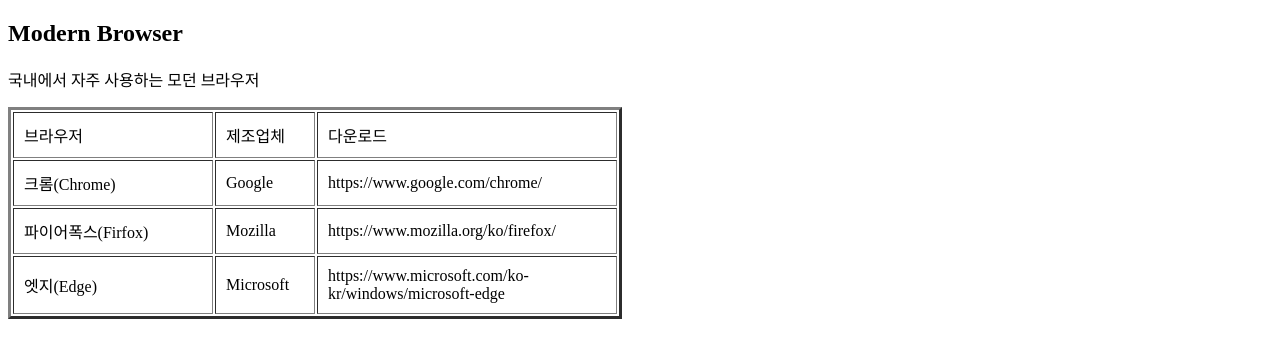
Repository: seulhwangbo/SeulJSP
Page: jspSrc17/webStandard01/src/main/webapp/02/table03.html
An editor plug-in stored every save of this project. The page is shown before and after the next save, followed by the edit.
The browser window is 1280 px wide. The pictures show the whole page.

Above is the page before, as saved 2024-06-13 06:22:50.

### jspSrc17/webStandard01/src/main/webapp/02/table03.html
<!DOCTYPE html>
<html>
<head>
<meta charset="UTF-8">
<style type="text/css">
td, th {
	padding: 10px;
}
</style>
<title>Insert title here</title>
</head>
<body>
	<h2>Modern Browser</h2>
	<p>국내에서 자주 사용하는 모던 브라우저</p>
	<table border = "3">
		<colgroup>
			<col style="width: 200px;">
			<col style="width: 100px;">
			<col style="width: 300px;">
		</colgroup>
		<tr>
			<td>브라우저</td>
			<td>제조업체</td>
			<td>다운로드</td>
		</tr>
		<tr>
			<td>크롬(Chrome)</td>
			<td>Google</td>
			<td>https://www.google.com/chrome/</td>
		</tr>
		<tr>
			<td>파이어폭스(Firfox)</td>
			<td>Mozilla</td>
			<td>https://www.mozilla.org/ko/firefox/</td>
		</tr>
		<tr>
			<td>엣지(Edge)</td>
			<td>Microsoft</td>
			<td>https://www.microsoft.com/ko-kr/windows/microsoft-edge</td>
		</tr>
	</table>
</body>
</html>

After the next save:
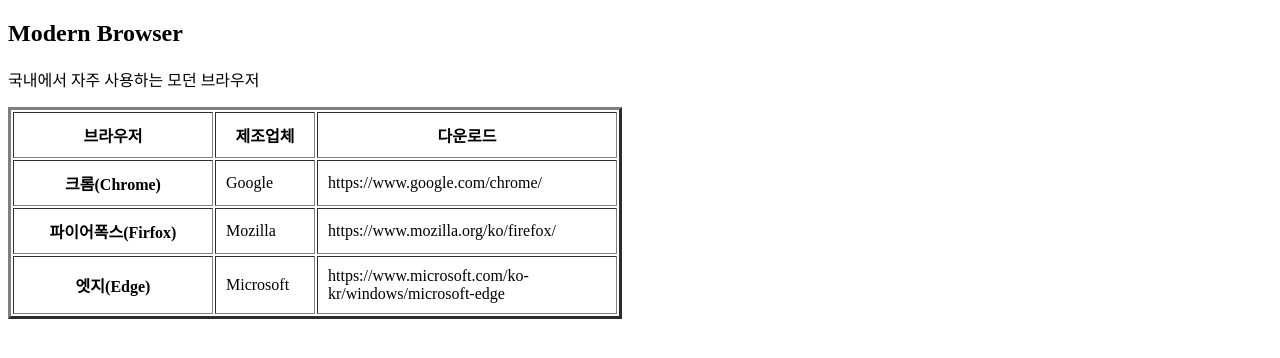
Saved 54 s later.
--- a/jspSrc17/webStandard01/src/main/webapp/02/table03.html
+++ b/jspSrc17/webStandard01/src/main/webapp/02/table03.html
@@ -19,22 +19,22 @@
 			<col style="width: 300px;">
 		</colgroup>
 		<tr>
-			<td>브라우저</td>
-			<td>제조업체</td>
-			<td>다운로드</td>
+			<th>브라우저</th>
+			<th>제조업체</th>
+			<th>다운로드</th>
 		</tr>
 		<tr>
-			<td>크롬(Chrome)</td>
+			<th>크롬(Chrome)</th>
 			<td>Google</td>
 			<td>https://www.google.com/chrome/</td>
 		</tr>
 		<tr>
-			<td>파이어폭스(Firfox)</td>
+			<th>파이어폭스(Firfox)</th>
 			<td>Mozilla</td>
 			<td>https://www.mozilla.org/ko/firefox/</td>
 		</tr>
 		<tr>
-			<td>엣지(Edge)</td>
+			<th>엣지(Edge)</th>
 			<td>Microsoft</td>
 			<td>https://www.microsoft.com/ko-kr/windows/microsoft-edge</td>
 		</tr>
